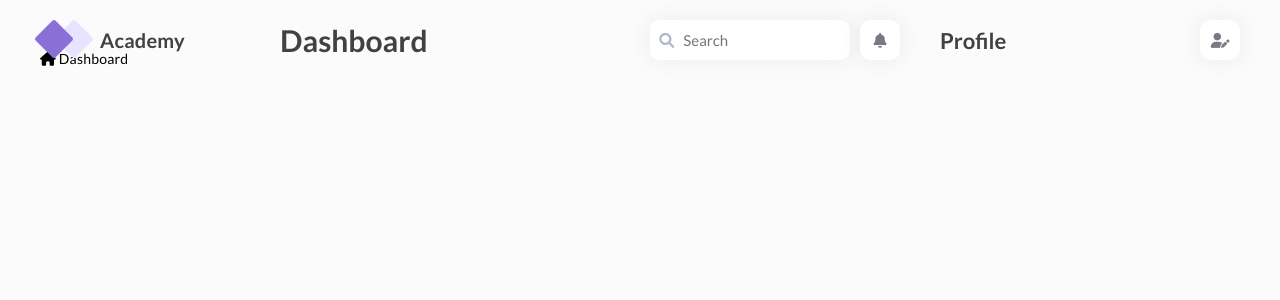
Repository: mohammadfakhrolahi/Academy
Page: index.html
The author's editor kept a copy of each file at every save. The page is drawn from the files as they stood at one save, then again after a run of saves.
The browser window is 1280 px wide. The pictures show the whole page.
The style sheet was rebuilt from its Sass, Less or Tailwind sources for each picture, by a compiler version that may differ from the author's.

Above is the page before, as saved 2022-05-29 16:50:51.

After the next 3 saves:
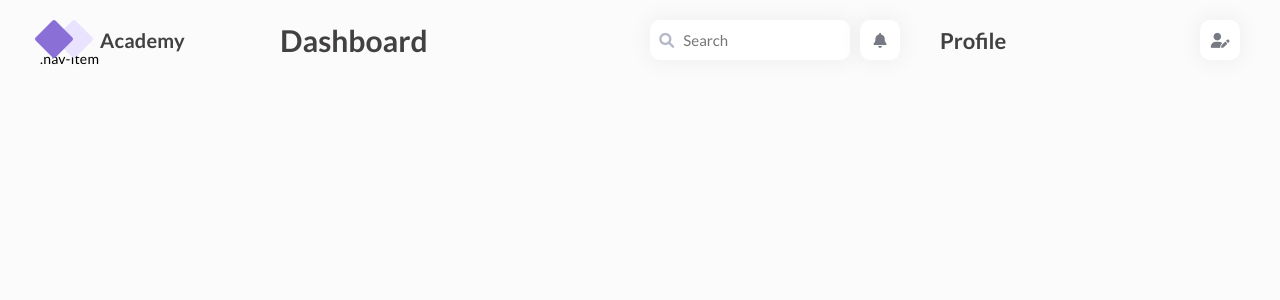
The 3 saves are shown as one change because they came seconds apart.
The last was saved 11 s later.
--- a/index.html
+++ b/index.html
@@ -44,7 +44,7 @@
       <nav class="main-nav">
         <ul class="nav">
           <li class="nav-item">
-            <i class="fa-solid fa-house"></i> Dashboard
+            .nav-item
           </li>
         </ul>
       </nav>
